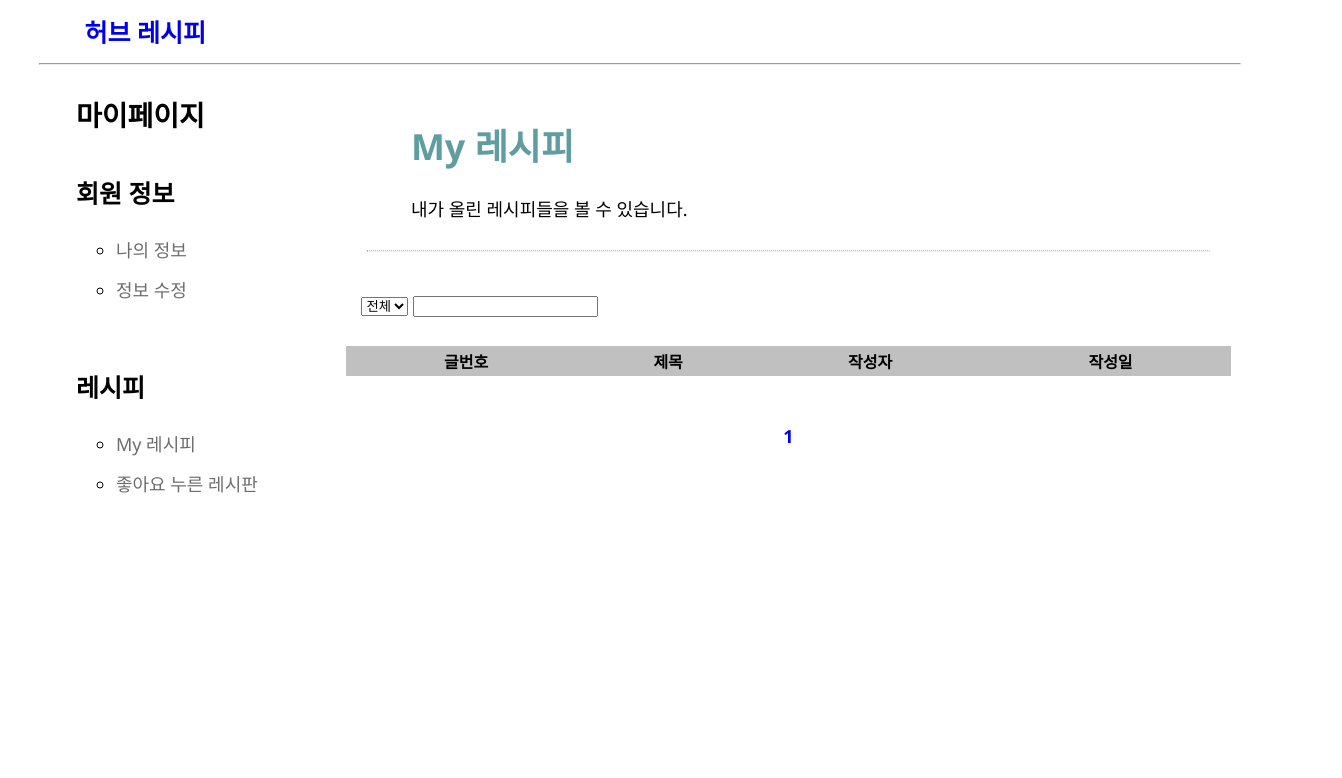
Repository: Shortood/Web_Project
Page: http://localhost/Web_project_endOfend/myrecipe-list.jsp?page=1
These files come from the project's save history. The page is drawn as it stood at one moment and after the next save; the edit follows.
The browser window is 1280 px wide. The page is 1342 px wide, so the pictures cover 1342 px, including what lies to the right of the window. The pictures show the whole page.
Some web fonts or font styles are not loaded; a fallback is used. The page is served by Tomcat 9. Queries for data that is not in the repository find no rows.

Above is the page before, as saved 2022-12-12 07:45:44.

### eclipse-workspace/Web_project_endOfend/src/main/webapp/myrecipe-list.jsp
<%@ page language="java" contentType="text/html; charset=utf-8"
   pageEncoding="utf-8"%>
<%@ page import="java.sql.*"%>
<%
request.setCharacterEncoding("utf-8");
Cookie[] cookies = request.getCookies();
%>
<html>
<head>
<title>공지사항</title>
<link rel="stylesheet" href="myrecipe-list.css">
</head>
<body>
<jsp:include page="mypage.jsp"></jsp:include>
   <%
   int pagenum = 1;
   if (request.getParameter("page") != null) {
      pagenum = Integer.parseInt(request.getParameter("page"));
   }
   int fpage = pagenum * 10, bpage = (pagenum - 1) * 10;
   //int ref;
   int id;
   String name = getCookieValue(cookies, "NAME");
   int rownum = 0;
   Connection conn = null;
   Statement stmt = null;
   String sql = null, sql2 = null;
   ResultSet rs = null;
   String name2 = null;
   try {
      Class.forName("com.mysql.jdbc.Driver");
      String url = "jdbc:mysql://localhost:3306/webproject?serverTimezone=UTC";
      conn = DriverManager.getConnection(url, "root", "0000");
      stmt = conn.createStatement(ResultSet.TYPE_SCROLL_SENSITIVE, ResultSet.CONCUR_UPDATABLE);
      sql = "select * from recipe where name ='" + name + "'order by id desc limit " + 10 + " offset " + bpage;
      sql2 = "select * from recipe where name ='" + name + "' order by id desc";
      rs = stmt.executeQuery(sql);
   } catch (Exception e) {
      out.println("DB 연동   오류입니다. : " + e.getMessage());
   }
   rs.last();
   rownum = rs.getRow();
   rs.beforeFirst();
   %>
   <div id="main">
   <div class="main_content">
   <h1>My 레시피</h1>
   내가 올린 레시피들을 볼 수 있습니다.
    </div><hr>
    <br>
   <div class="search">
      <form action="myrecipe-search.jsp" method="post">
         <fieldset class="search-form">
            <select name="type">
               <option value='' selected>전체</option>
               <option value='head'>제목</option>
               <option value='writer'>내용</option>
            </select> <input type="text" name="search_form"
               onKeypress="javascript:if(event.keyCode==13) {search_onclick_submit}" />
         </fieldset>
      </form>
   </div>
   <div>
      <table class="mainboard">
         <tr>
            <th>글번호</th>
            <th>제목</th>
            <th>작성자</th>
            <th>작성일</th>
         </tr>
         <%
         int i = rownum;
         while (rs.next()) {
            id = Integer.parseInt(rs.getString("id"));
         %>
         <tr>
            <td align="center" height="40"><%=rownum%></td>
            <td align="center" height="40"><a
               href="recipe-read.jsp?id=<%=rs.getString("id")%>" width="250">
                  <%=rs.getString("menu_name")%></a></td>
            <td align="center" height="40"><%=rs.getString("name")%></td>
            <td align="center" height="40"><%=rs.getString("date")%></td>
         </tr>
         <%
         rownum--;
         }
         %>
      </table>
   </div>
   <br>
   <br>
   <div class="pageButton">
      <%
      sql2 = "select * from recipe where name ='" + name + "'";
      rs = stmt.executeQuery(sql2);
      rs.last();
      rownum = rs.getRow();
      for (i = 1; i <= (rownum-1) / 10 + 1; i++) {
      %>
      <a href="myrecipe-list.jsp?page=<%=i%>" class="num selected"> <%
 if (i == pagenum) {
 %><b> <%=i%></b> <%
 } else {
 %> <%=i%> <%
 }
 %>
      </a>
      <%
      ;
      }
      %>
   </div>
   </div>
</body>
</html>
<%!private String getCookieValue(Cookie[] cookies, String name) {
      String value = null;
      if (cookies == null)
         return null;
      for (Cookie cookie : cookies) {
         if (cookie.getName().equals(name))
            return cookie.getValue();
      }
      return null;
   }%>

### eclipse-workspace/Web_project_endOfend/src/main/webapp/mypage.jsp
<%@ page language="java" contentType="text/html; charset=utf-8"
   pageEncoding="utf-8"%>
<%@ page import="java.sql.*"%>
<%
Cookie[] cookies = request.getCookies();
%>
<%
request.setCharacterEncoding("utf-8");
%>

<html>
<head>
<title>Insert title here</title>
<link href="mypage.css" rel="stylesheet">
</head>
<body>
   <div id="wrap">
      <div id="head">
         <image src=" "> </image><a href="mainpage.jsp">허브 레시피</a>
      </div><hr>

      <div id="section">
         <div class="section_content">
            <div class="section_title">마이페이지</div>
         </div>
         <div class="section_content">
            <div class="section_subTitle">회원 정보</div>
            <ul>
               <li><a href="my-info.jsp">나의 정보</a></li>
               <li><a href="my-modify.jsp">정보 수정</a></li>
            </ul>
         </div>
         <div class="section_content">
            <div class="section_subTitle">레시피</div>
            <ul>
               <li><a href= "myrecipe-list.jsp">My 레시피</a></li>
               <li><a href="like-list.jsp">좋아요 누른 레시판</a></li>
            </ul>
         </div>
</div>
</body>
</html>

### eclipse-workspace/Web_project_endOfend/src/main/webapp/myrecipe-list.css
@import url('https://fonts.googleapis.com/css?family=Nanum+Gothic:400,700,800');
body {
    font-family: Nanum Gothic,Segoe UI,Helveica,Arial,Malgun Gothic,sans-serif;
 }
h1{
   color: cadetblue;
}
.search-form{
   border:none;
}
.mainboard th{
   background-color:#c0c0c0;
   height:30px;
}
.pageButton{
   text-align:center;
}
.mainboard{
   border-collapse:collapse;
}
.mainboard td{
   border-bottom:1px solid grey;
}

### eclipse-workspace/Web_project_endOfend/src/main/webapp/mypage.css
@import url('https://fonts.googleapis.com/css?family=Nanum+Gothic:400,700,800');
body {
    font-family: Nanum Gothic,Segoe UI,Helveica,Arial,Malgun Gothic,sans-serif;
 }
#wrap {
    width: 100%;
    height: 100%;
    font-size: 18px;
    font-weight: 500;
    font-family: 나눔고딕,Segoe UI,Helveica,Arial,Malgun Gothic,Dotum,sans-serif;
}

#head {
    width: 100%;
    height: auto;
    font-size: 25px;
    font-weight: 700;
    padding: 5px 0px 5px 70px;
}

#section {
    float: left;
    width: 25%;
    padding-left: 3%;
    min-width: 250px;
    max-width: 300px;
    height: 100%;
}

.section_content {
    padding: 20px 20px 20px 30px;
}

#main {
    float: left;
    width: 70%;
    min-width: 20px;
    height: 100%;
}
.contents{
    float: left;
    width: 70%;
    min-width: 20px;
    height: 100%;

}
.main_content {
    width: 100%;
    padding: 20px 15px 20px 65px;
}

table{
    width: 100%;
    margin:0;
}
td {
    height: 40px;
}
.tag{
    min-width: 100px;
}
.section_title {
    font-size: 28px;
    font-weight: 900;
}

.section_subTitle {
    font-size: 25px;
    font-weight: 700;
    padding-bottom: 2px;
}

ul {
    list-style-type: circle;
    line-height: 40px;
}


li>a{
    color: #6E6E6E;
}

a{
    text-decoration: none;
}

a:hover{
    color:#0174DF;
}

div[id=main] hr{
    border-top: 1px dotted #bbb;
}

hr{
    width: 95%;

}

After the next save:
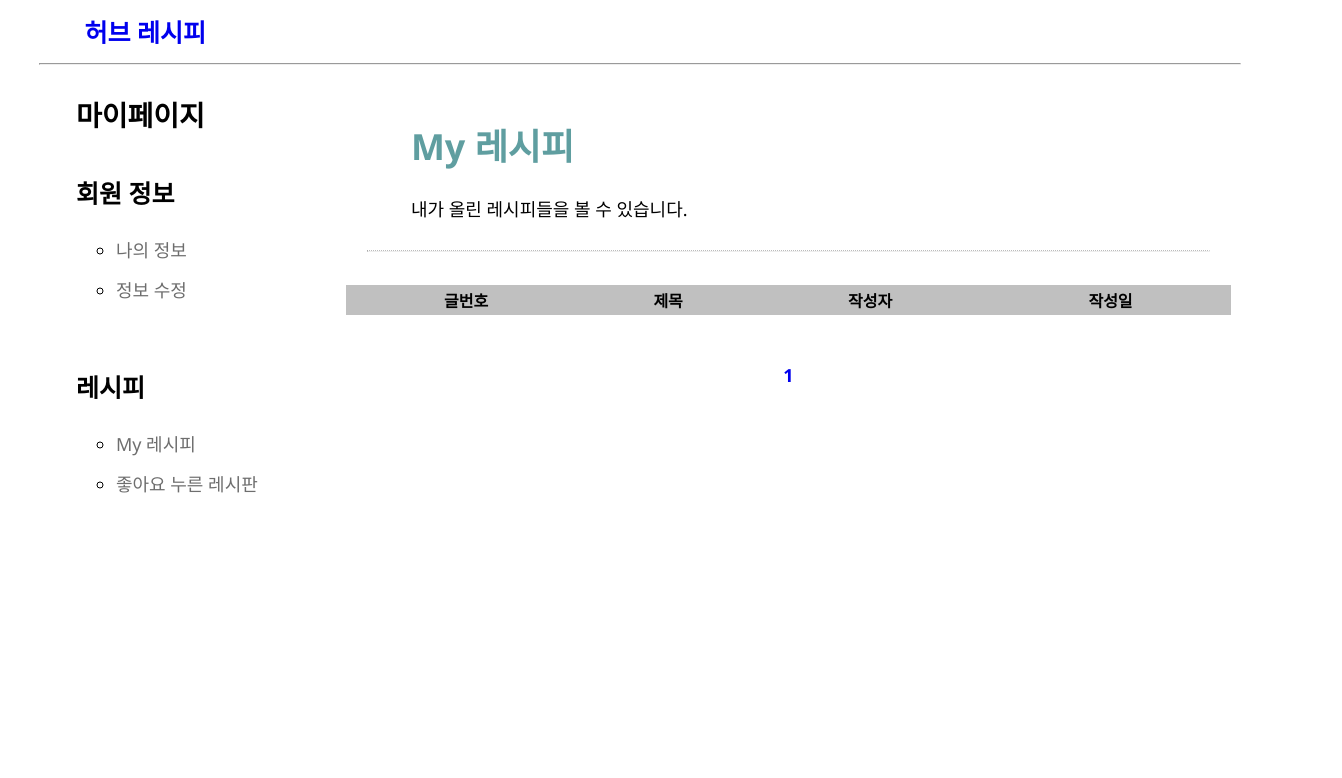
Saved 2 min 49 s later.
--- a/eclipse-workspace/Web_project_endOfend/src/main/webapp/myrecipe-list.jsp
+++ b/eclipse-workspace/Web_project_endOfend/src/main/webapp/myrecipe-list.jsp
@@ -48,18 +48,6 @@ Cookie[] cookies = request.getCookies();
    내가 올린 레시피들을 볼 수 있습니다.
     </div><hr>
     <br>
-   <div class="search">
-      <form action="myrecipe-search.jsp" method="post">
-         <fieldset class="search-form">
-            <select name="type">
-               <option value='' selected>전체</option>
-               <option value='head'>제목</option>
-               <option value='writer'>내용</option>
-            </select> <input type="text" name="search_form"
-               onKeypress="javascript:if(event.keyCode==13) {search_onclick_submit}" />
-         </fieldset>
-      </form>
-   </div>
    <div>
       <table class="mainboard">
          <tr>
